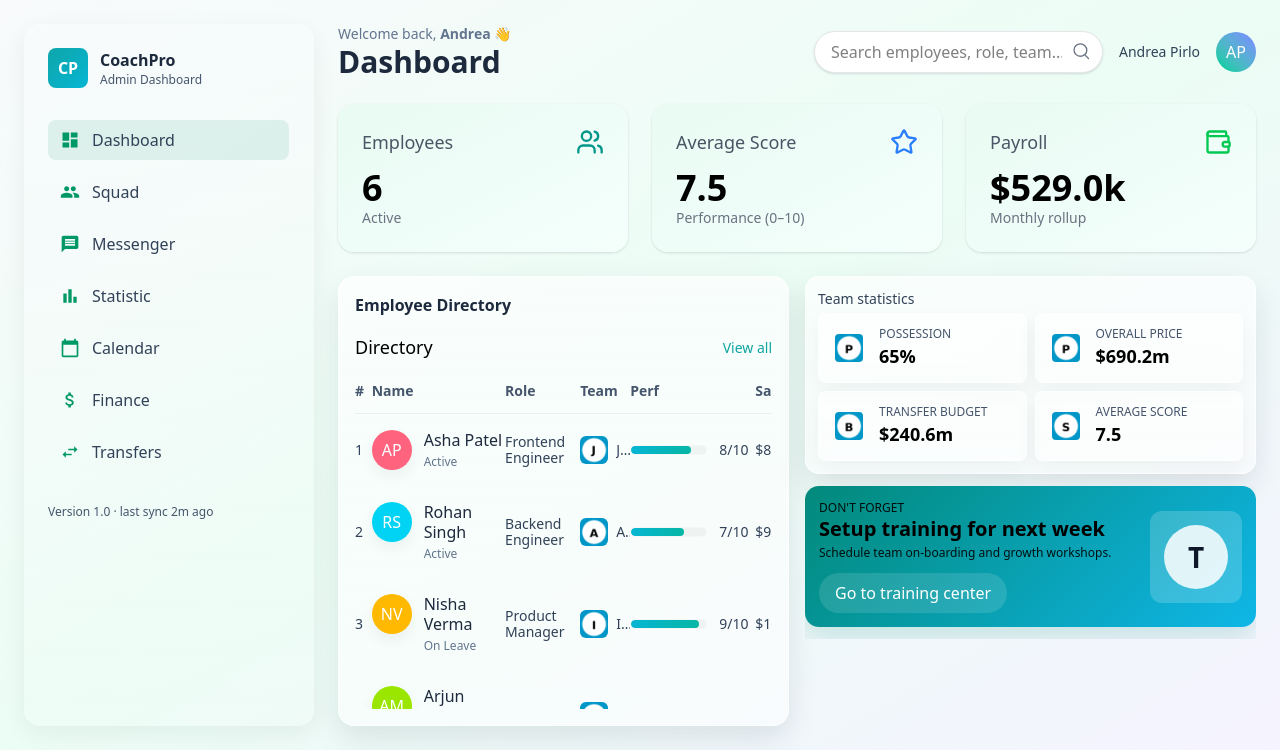
Repository: Khushichugh14/crm-dashboard
Page: /
These files come from the project's save history. The page is drawn as it stood at one moment and after the next save; the edit follows.
The browser window is 1280 px wide. The pictures show the whole page.
The project was rebuilt for these pictures with package versions that can differ from the ones it lists, and the page was loaded fresh each time. Also part of the build but not shown: vite.config.ts.

Above is the page before, as saved 2025-12-12 12:21:17.

After the next save:
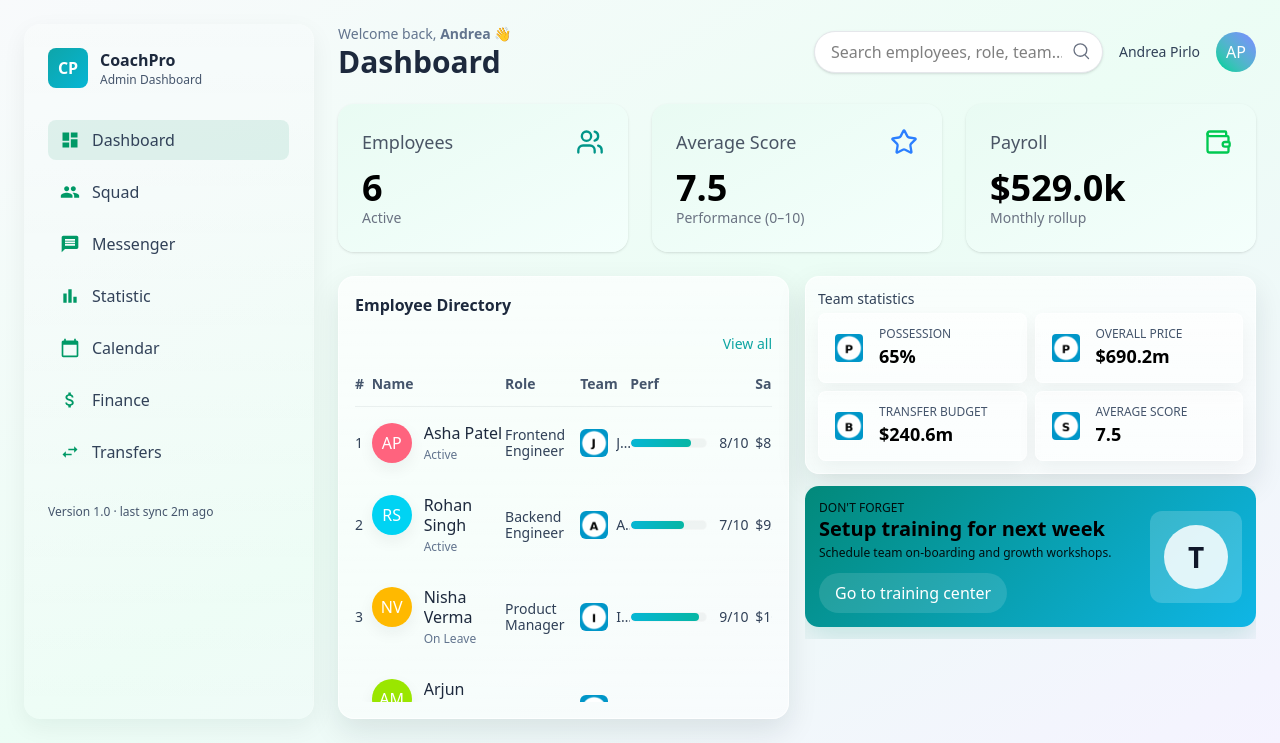
Saved 4 s later.
--- a/src/components/EmployeeTable.tsx
+++ b/src/components/EmployeeTable.tsx
@@ -61,7 +61,7 @@
 
       {/* header with View all link */}
       <div className="table-header-row">
-        <h3 className="text-lg font-medium" style={{ margin: 0 }}> Directory</h3>
+        <h3 className="text-lg font-medium" style={{ margin: 0 }}> </h3>
         <button
           className="view-all-btn"
           onClick={toggleExpanded}

After the save that followed:
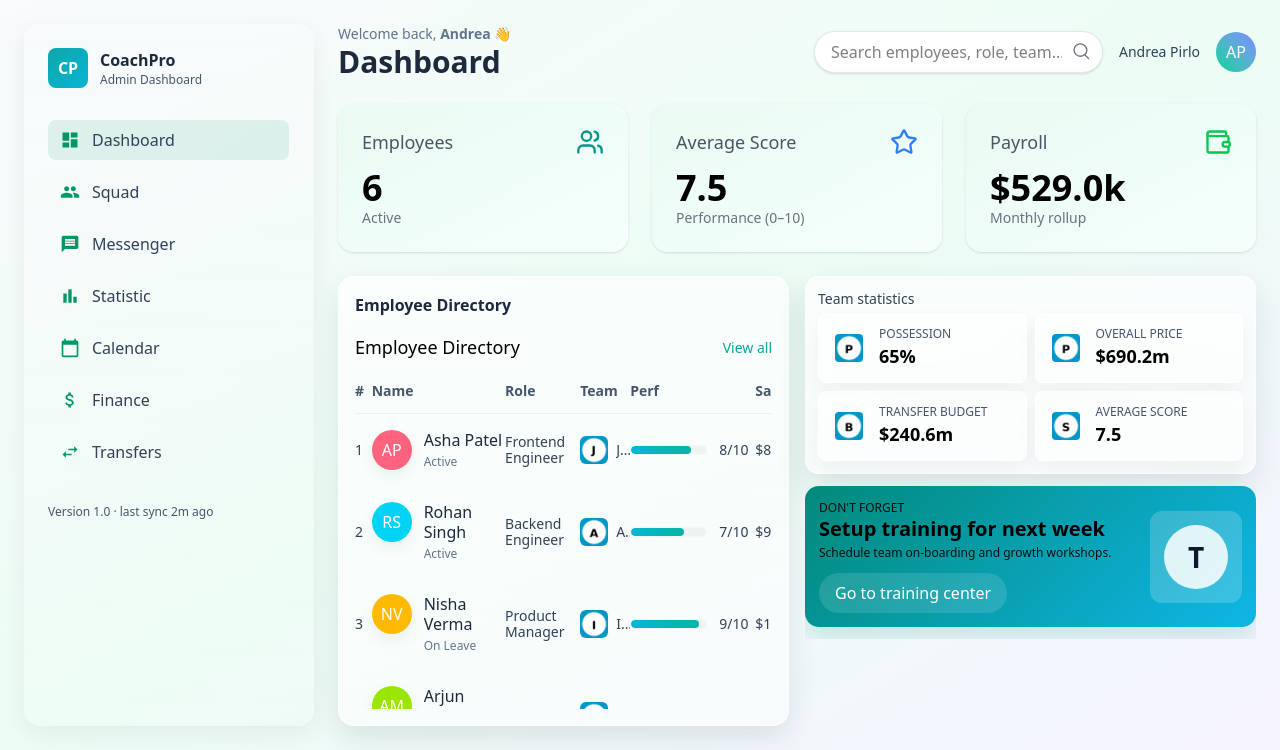
Saved 5 s later.
--- a/src/components/EmployeeTable.tsx
+++ b/src/components/EmployeeTable.tsx
@@ -61,7 +61,7 @@
 
       {/* header with View all link */}
       <div className="table-header-row">
-        <h3 className="text-lg font-medium" style={{ margin: 0 }}> </h3>
+        <h3 className="text-lg font-medium" style={{ margin: 0 }}>Employee Directory</h3>
         <button
           className="view-all-btn"
           onClick={toggleExpanded}
